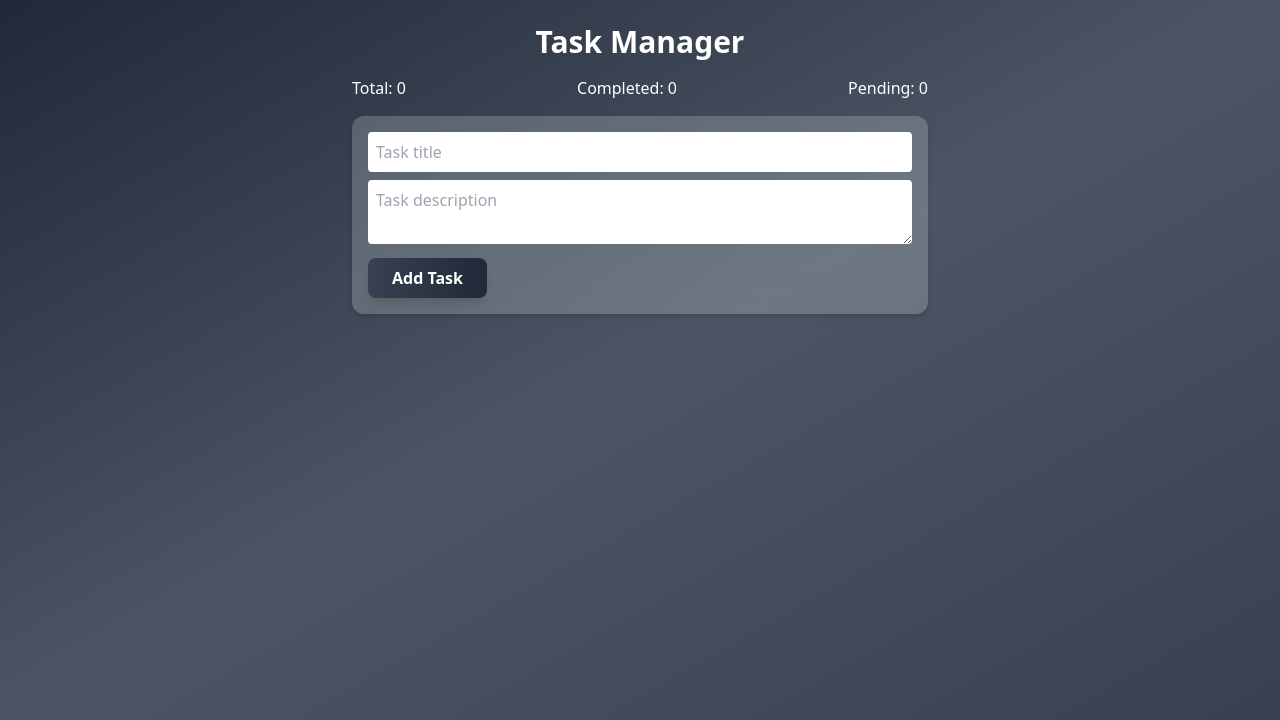
Repository: Meenakshi-commits/mern-task-manager
Page: / (app in client/)
The author's editor kept a copy of each file at every save. The page is drawn from the files as they stood at one save, then again after the next save.
The browser window is 1280 px wide. The pictures show the whole page.
The page's requests for data from a server got no answer. The project was rebuilt for these pictures with package versions that can differ from the ones it lists, and the page was loaded fresh each time. No one was signed in, and anything a server would have sent is missing. Also part of the build but not shown: client/vite.config.js, client/src/components/TaskItem.jsx.

Above is the page before, as saved 2026-01-09 17:31:16.

After the next save:
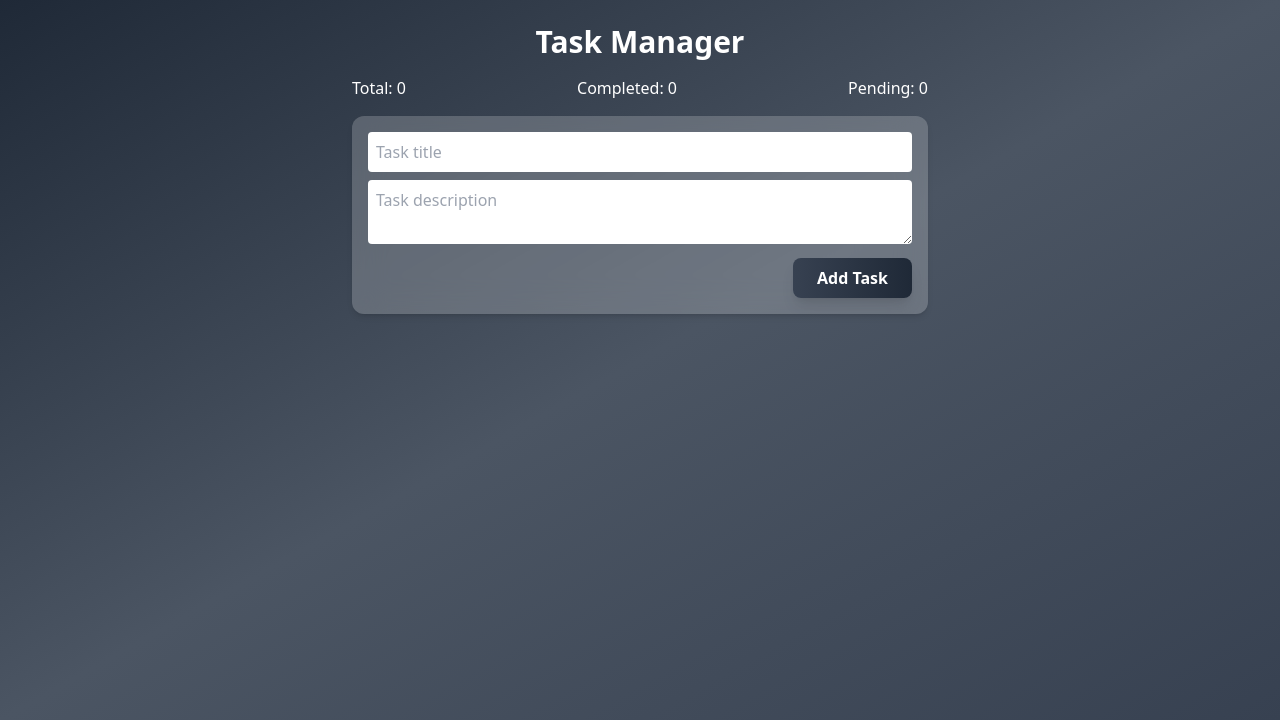
Saved 20 s later.
--- a/client/src/components/TaskForm.jsx
+++ b/client/src/components/TaskForm.jsx
@@ -39,9 +39,11 @@ export default function TaskForm({ fetchTasks }) {
         onChange={(e) => setDescription(e.target.value)}
       />
 
-      <button className="bg-gradient-to-r from-gray-700 to-gray-800 text-white font-semibold px-6 py-2 rounded-lg hover:from-gray-800 hover:to-gray-900 transition-all duration-200 shadow-lg hover:shadow-xl active:scale-95">
-        Add Task
-      </button>
+      <div className="flex justify-end">
+        <button className="bg-gradient-to-r from-gray-700 to-gray-800 text-white font-semibold px-6 py-2 rounded-lg hover:from-gray-800 hover:to-gray-900 transition-all duration-200 shadow-lg hover:shadow-xl active:scale-95">
+          Add Task
+        </button>
+      </div>
     </form>
   );
 }
